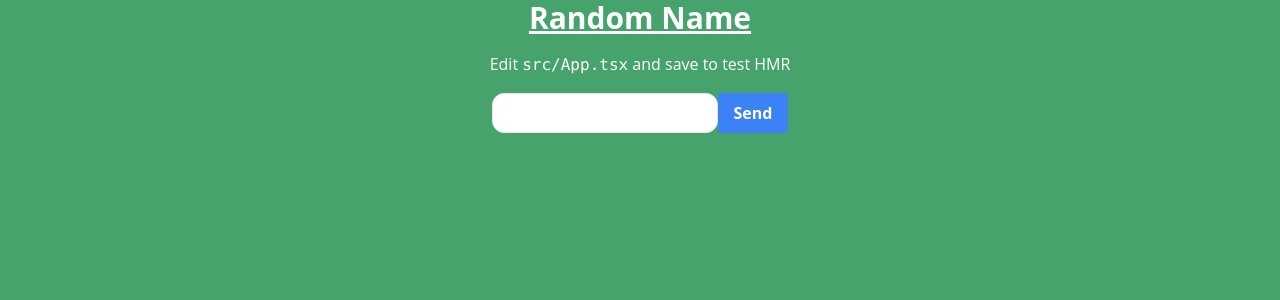
Repository: prodavetc/randomname
Page: /
The author's editor kept a copy of each file at every save. The page is drawn from the files as they stood at one save, then again after the next save.
The browser window is 1280 px wide. The pictures show the whole page.
The project was rebuilt for these pictures with package versions that can differ from the ones it lists, and the page was loaded fresh each time. Also part of the build but not shown: vite.config.ts.

Above is the page before, as saved 2024-03-26 10:29:07.

After the next save:
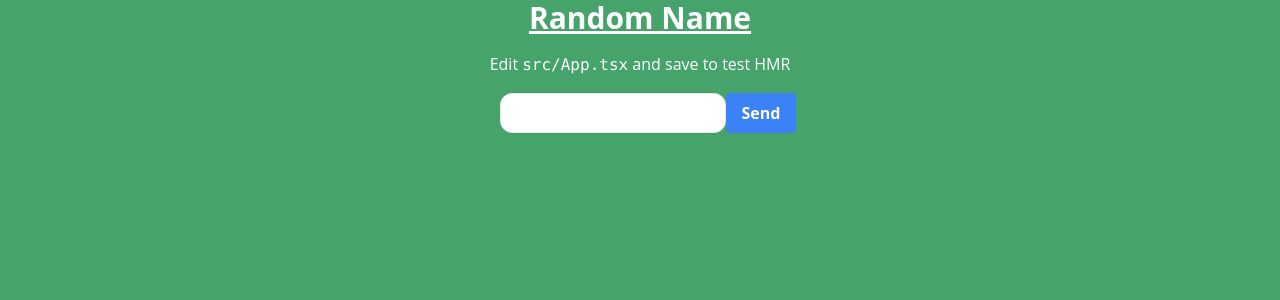
Saved 13 s later.
--- a/src/components/RandomName.tsx
+++ b/src/components/RandomName.tsx
@@ -35,7 +35,7 @@ const RandomName = () => {
       </div>
       <div className="text-center">
         <form onSubmit={onPressHandler}>
-          <input name='list' className="w-200 border rounded-xl text-gray-800 focus:outline-none focus:border-indigo-300 pl-4 h-10" />
+          <input name='list' className="ml-4 w-200 border rounded-xl text-gray-800 focus:outline-none focus:border-indigo-300 pl-4 h-10" />
           <button className="bg-blue-500 hover:bg-blue-700 text-white font-bold py-2 px-4 rounded"
           >Send</button>
         </form>
